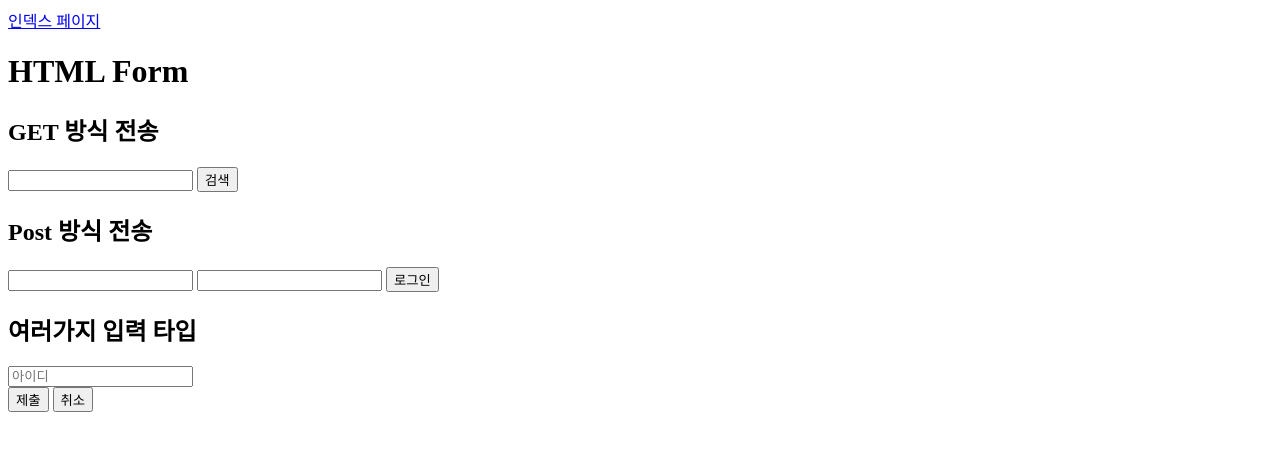
Repository: Sid0130/HTML
Page: lab-web/lab01_html/src/main/webapp/form.html
The author's editor kept a copy of each file at every save. The page is drawn from the files as they stood at one save, then again after the next save.
The browser window is 1280 px wide. The pictures show the whole page.

Above is the page before, as saved 2024-12-04 03:09:27.

### lab-web/lab01_html/src/main/webapp/form.html
<!DOCTYPE html>
<html>
	<head>
		<meta charset="UTF-8">
		<title>Lab01</title>
	</head>
	<body>
		<a href="index.html">인덱스 페이지</a>

        <h1>HTML Form</h1>

        <h2>GET 방식 전송</h2>

        <!-- action에 파일이름을 주면 되고 ? query
            atction은 서브밋버튼을 클릭했을때 이동할 페이지 주소 url 주소 뒤에 query -->
        <form method="get" action="result.html">
            <!--메서드는 요청방식 액션은 이동할 주소 -->
            <!--  form 태그 method 속성 설정을 생략하면 기본값은 GET -->
            <input type="text" name="keyword" /> <!-- 중요 name은 변수의 이름 값 인풋에서 입력한값을 서버로 보내는거  -->
            <!--input 태그 name 속성은 요청 파라미터(requsetp parmeter) 이름
            name 속성이 없으면 입력값은 서버로 전송되지 않음! -->

            <input type="submit" value="검색" /> <!-- 버튼 만드려면 submit -->

        </form>

        <h2>Post 방식 전송</h2>

        <form action="result.html" method="post" />
            <input type="text" name="userid" />
            <input type="password" name="userpw" />
            <input type= "submit"   value = "로그인" />
            <!-- 네임이 없으면 서버에 전송할 수 없어서 반드시 있어야함 -->
        </form>

        <h2> 여러가지 입력 타입 </h2>

        <form action="result.html">  <!--  method 속성을 생략하면 GET 방식. -->
            <input type="text" name="userid" placeholder="아이디" required />
            <!-- placehoder는 힌트를 주는것 무엇을 입력해야할지 required는 반드시 필요한 값이다 라는것
                 입력안했을때 나오는 문구나 경고같은창을 띄워즈는데 그것은 브라우저가 만들어주는것 -->
            <br/>
            <input type="submit" value="제출"/> <!-- 클라이언트가 서버로 양식 데이터를 제출 -->
            <input type="reset" value="취소"/> <!--클라이언트가 양식 데이터를 초기화 -->
        </form>
	</body>
</html>

<!--
클라이언트에서 (브라우저, 앱)에서 사용자의 입력을 받아서, 입력 내용을 서버로 전송하는 방법:
1. GET 방식
    클라이언트가 서버로 보내는 양식(form) 데이터를 요청 주소(URL)의 질의 문자열(query string)에 포함시켜서 전송하는 방식.
    (예) 검색어 전송.
    form 태그의 기본 전송 방식(method)은 GET. 메서드의 속성을 생략하면 기본값은 GET이다.
    전송하는 데이터의 크기가 제한이 있음.

2. POST 방식:
    클라이언트가 서버로 보내는 양식 데이터를 요청 주소에 노출시키지 않고,
    요청 패킷의 몸통(body)에 포함시켜서 전송하는 방식.
    전송하는 데이터의 크기 제한이 없음.
    (예) 로그인(아이디, 비밀번호 전송).
    보안이 필요한 노출이 되면 안되기 때문에

URL 형식:
    o. 프로토콜://서버이름(IP주소):포트번호/경로?질의문자열
       (예) https://www.google.com/search?q=qwer 모든 문자열은 쿼리스트링 클라이언트가 서버로 보내는 데이터
       (예) http://localhost:8080/lab01_html/result.html?keyword=qwer
       <하이퍼 텍스트 트랜스퍼 프로토콜 시큐어 html을 서로 주고받는 보안>
    특정포트번호는 생략가능 이외는 지정을 해야함. 질의문자열은 있을 수도 없을수도

    o. 프로토콜: http(hyper text transfer protocol), https
    o. 서버 IP 주소를 직접 사용할 수도 있지만, 일반적으로는 DNS에 등록된 도메인 이름을 사용.
       (예) www.google.com, www.daum.net
    o. 포트번호 80은 생략.
    http와 https에서는 8080을 사용한다 라고 약속이 되어 있어서 생략이 가능한건데 다른 포트 번호들은 생략하면 안됨
    o. 요청 경로(request path)와 질의 문자열(query string)은 ?로 구분.
    ?가 보인다 하면 앞쪽은 request path 뒤쪽은query string라고 부름
    o. 질의 문자열은 "파라미터=값&파라미터=값&..." 형식으로 작성.0
    o. 질의 문자열에서 요청 파라미터
    파라미터와 파라미터를 구분하는 &
    리퀘스트 파라미터, 두번째 리퀘스트 파라미터 각 리퀘스트 파라미터끼리 구분하는건 &로

 -->

After the next save:
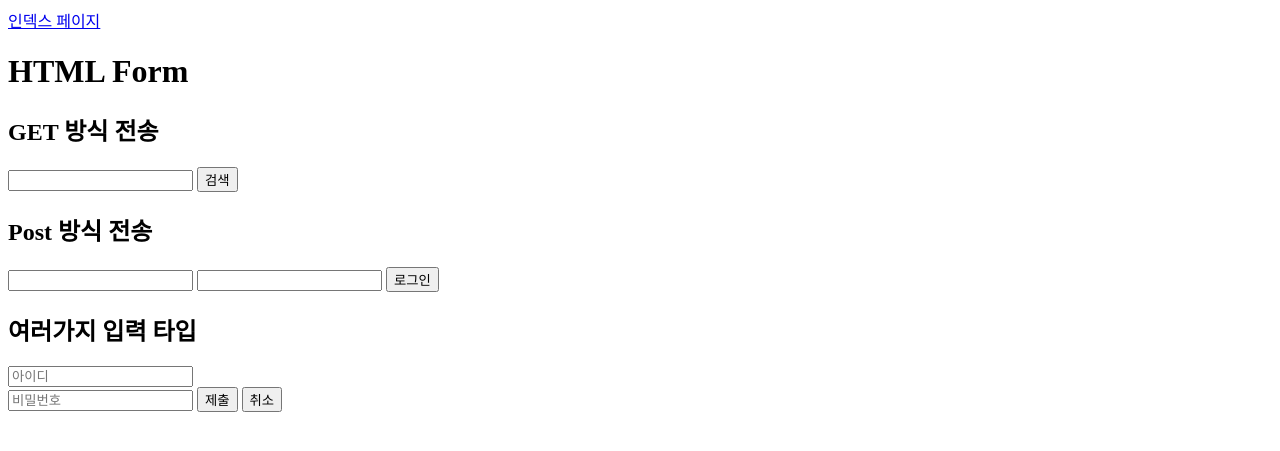
Saved 47 s later.
--- a/lab-web/lab01_html/src/main/webapp/form.html
+++ b/lab-web/lab01_html/src/main/webapp/form.html
@@ -40,6 +40,8 @@
             <!-- placehoder는 힌트를 주는것 무엇을 입력해야할지 required는 반드시 필요한 값이다 라는것
                  입력안했을때 나오는 문구나 경고같은창을 띄워즈는데 그것은 브라우저가 만들어주는것 -->
             <br/>
+            <input type="password" name="userpw" placeholder="비밀번호" required />
+
             <input type="submit" value="제출"/> <!-- 클라이언트가 서버로 양식 데이터를 제출 -->
             <input type="reset" value="취소"/> <!--클라이언트가 양식 데이터를 초기화 -->
         </form>
